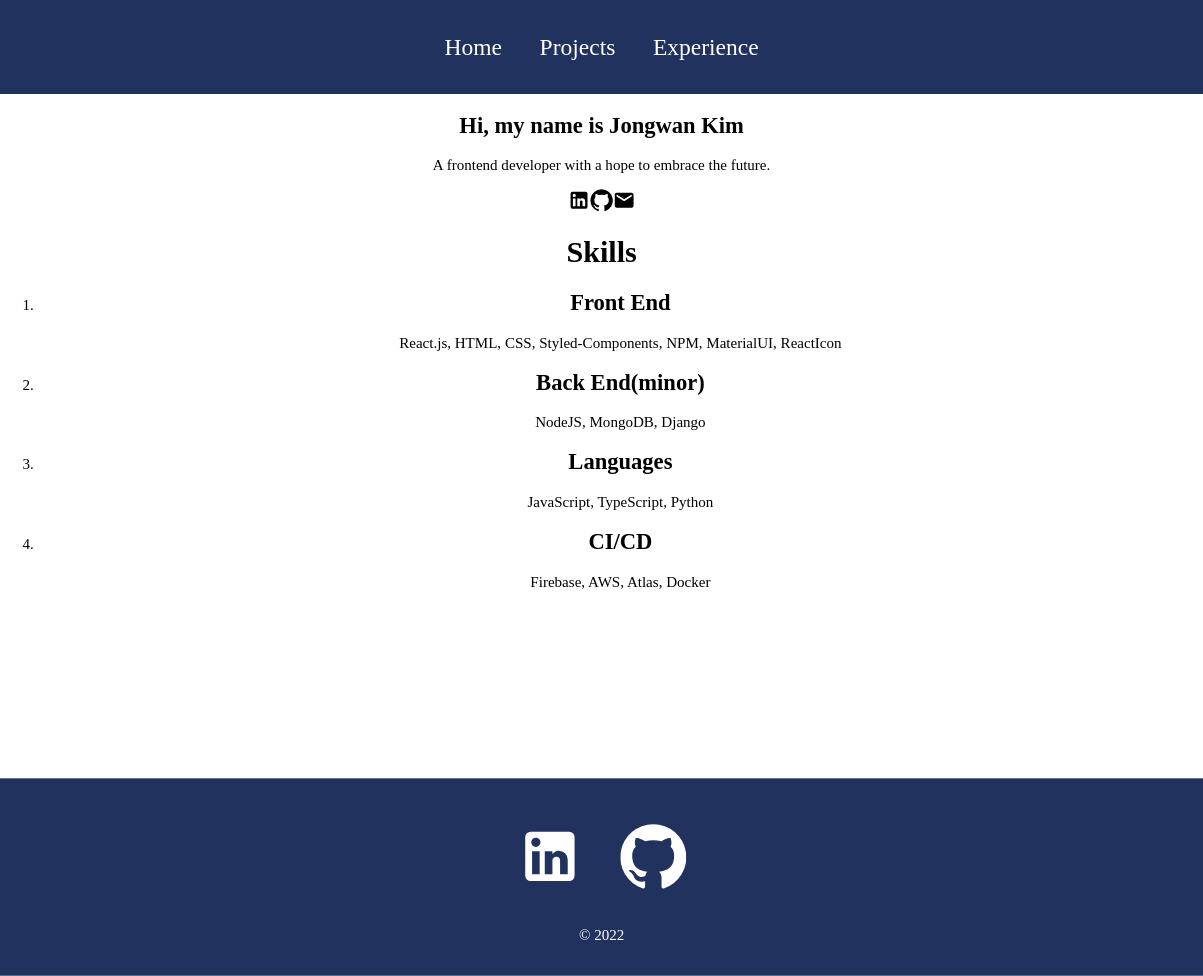
Repository: mireu-san/jw-personal-page
Page: /
An editor plug-in stored every save of this project. The page is shown before and after a run of saves, followed by the edit.
The browser window is 1280 px wide. The pictures show the whole page, at 94% of full size.
The project was rebuilt for these pictures with package versions that can differ from the ones it lists, and the page was loaded fresh each time. Also part of the build but not shown: src/pages/Experience.js, src/pages/Projects.js.

Above is the page before, as saved 2022-11-09 17:18:58.

After the next 2 saves:
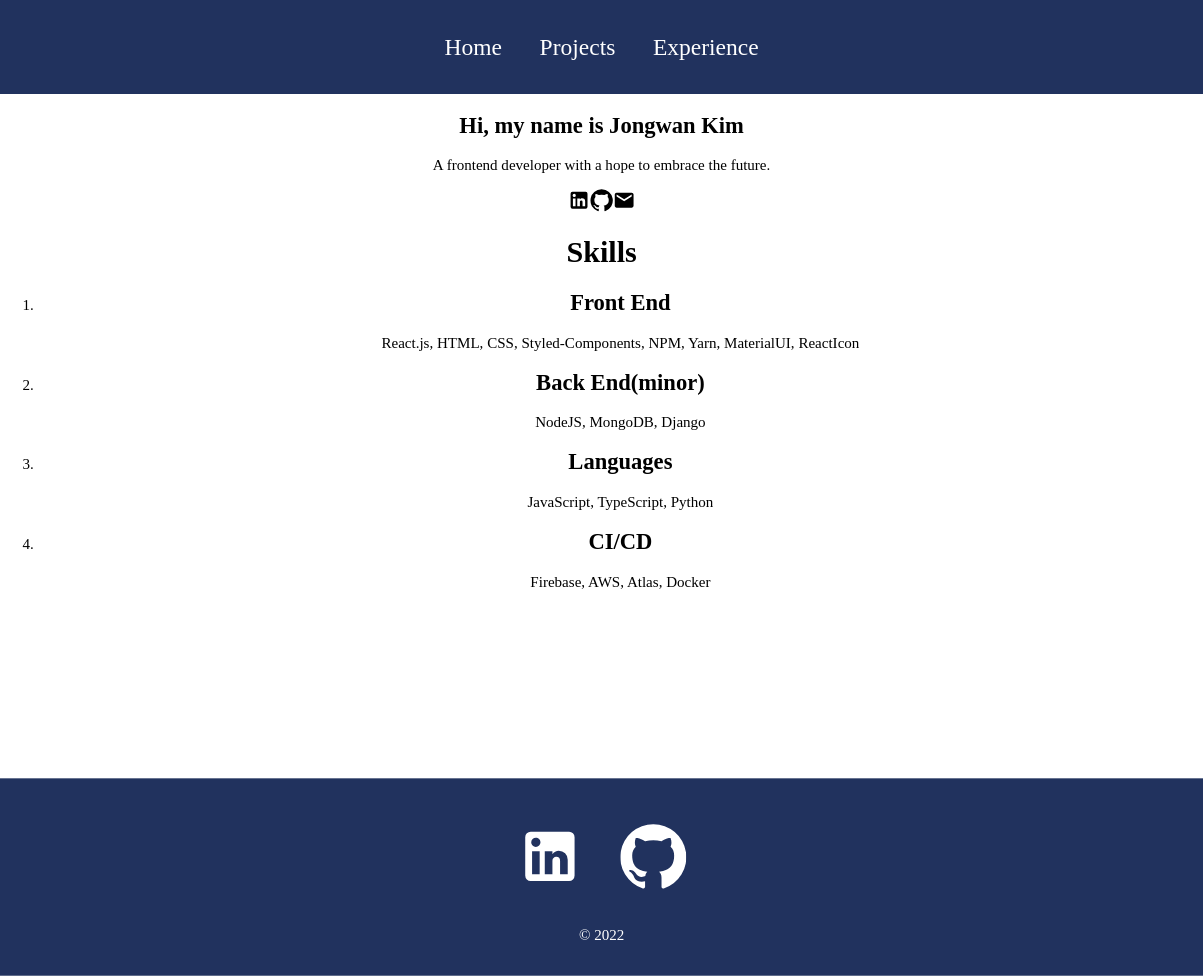
The 2 saves are shown as one change because they came seconds apart.
The last was saved 13 s later.
--- a/src/pages/Home.js
+++ b/src/pages/Home.js
@@ -22,7 +22,8 @@ function Home() {
           <li className="item">
             <h2>Front End</h2>
             <span>
-              React.js, HTML, CSS, Styled-Components, NPM, MaterialUI, ReactIcon{" "}
+              React.js, HTML, CSS, Styled-Components, NPM, Yarn, MaterialUI,
+              ReactIcon
             </span>
           </li>
           <li className="item">
